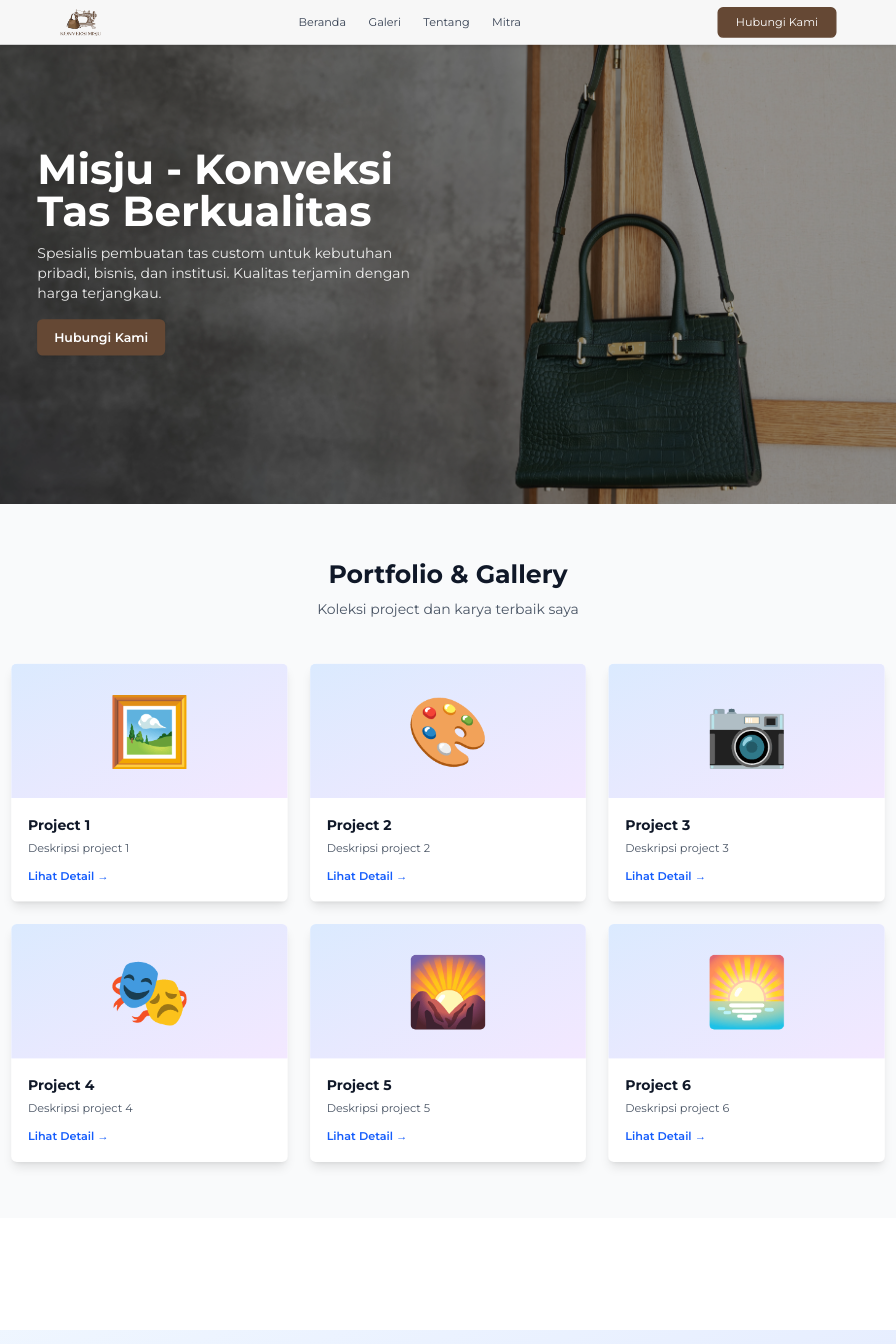
Repository: faridfirdaus-fred/konveksi_misju
Page: /
The author's editor kept a copy of each file at every save. The page is drawn from the files as they stood at one save, then again after a run of saves.
The browser window is 1280 px wide. The pictures show the part of the page from y = 0 to 1920 px (the page is 3133 px tall), at 70% of full size.
The project was rebuilt for these pictures with package versions that can differ from the ones it lists, and the page was loaded fresh each time. Also part of the build but not shown: vite.config.js.

Above is the page before, as saved 2026-01-08 20:47:03.

### index.html
<!doctype html>
<html lang="en">
  <head>
    <meta charset="UTF-8" />
    <link rel="icon" type="image/svg+xml" href="/vite.svg" />
    <meta name="viewport" content="width=device-width, initial-scale=1.0" />
    <link rel="preconnect" href="https://fonts.googleapis.com">
    <link rel="preconnect" href="https://fonts.gstatic.com" crossorigin>
    <link href="https://fonts.googleapis.com/css2?family=Montserrat:wght@300;400;500;600;700;800&display=swap" rel="stylesheet">
    <title>portfolio_misju</title>
  </head>
  <body>
    <div id="root"></div>
    <script type="module" src="/src/main.jsx"></script>
  </body>
</html>

### src/index.css
@import "tailwindcss";

@theme {
  --color-primary: #654834;
  --color-secondary: #F7F7F7;
}

### src/App.jsx
import './App.css'
import Navbar from './components/Navbar'
import Hero from './components/Hero'
import Partners from './components/Partners'
import Gallery from './components/Gallery'
import About from './components/About'
import Footer from './components/Footer'
import Hero_Bottom from './components/Hero_Bottom'

function App() {
  return (
    <div className="min-h-screen bg-gray-50">
      <Navbar />
      <Hero />
      <Gallery />
      <About />
      <Hero_Bottom />
      <Partners />
      <Footer />
    </div>
  )
}

export default App

### src/App.css
/* Custom styles for portfolio */
html {
  scroll-behavior: smooth;
}

body {
  font-family: "Montserrat", sans-serif;
  font-optical-sizing: auto;
}

### src/components/Navbar.jsx
import { useState } from 'react'
import logo from '../assets/logo.webp'

function Navbar() {
    const [isMobileMenuOpen, setIsMobileMenuOpen] = useState(false)

    const scrollToSection = (id) => {
        const element = document.getElementById(id)
        if (element) {
            element.scrollIntoView({ behavior: 'smooth' })
        }
        setIsMobileMenuOpen(false)
    }

    return (
        <nav className="fixed top-0 left-0 right-0 bg-secondary shadow-md z-50">
            <div className="w-11/12 md:11/12 mx-auto px-4 sm:px-6 lg:px-8">
                <div className="flex justify-between items-center h-16">
                    {/* Logo - Kiri */}
                    <div className="shrink-0">
                        <a href="#home" className="flex items-center">
                            <img src={logo} alt="MyPortfolio Logo" className="h-10 w-auto" />
                        </a>
                    </div>

                    {/* Navigation - Tengah (Desktop) */}
                    <div className="hidden md:flex space-x-8">
                        <button onClick={() => scrollToSection('home')} className="text-gray-700 hover:text-primary transition">
                            Beranda
                        </button>

                        <button onClick={() => scrollToSection('gallery')} className="text-gray-700 hover:text-primary transition">
                            Galeri
                        </button>
                        <button onClick={() => scrollToSection('about')} className="text-gray-700 hover:text-primary transition">
                            Tentang
                        </button>
                         <button onClick={() => scrollToSection('partners')} className="text-gray-700 hover:text-primary transition">
                            Mitra
                        </button>
                    </div>

                    {/* Contact Button - Kanan */}
                    <div className="hidden md:block">
                        <a
                            href="https://wa.me/6285318217545"
                            target="_blank"
                            rel="noopener noreferrer"
                            className="inline-block bg-primary text-white px-6 py-2 rounded-lg transition hover:bg-secondary hover:text-primary border-2 border-primary"
                        >
                            Hubungi Kami
                        </a>
                    </div>

                    {/* Mobile menu button */}
                    <div className="md:hidden">
                        <button
                            onClick={() => setIsMobileMenuOpen(!isMobileMenuOpen)}
                            className="text-gray-700 hover:text-blue-600"
                        >
                            <svg className="h-6 w-6" fill="none" viewBox="0 0 24 24" stroke="currentColor">
                                <path strokeLinecap="round" strokeLinejoin="round" strokeWidth={2} d={isMobileMenuOpen ? "M6 18L18 6M6 6l12 12" : "M4 6h16M4 12h16M4 18h16"} />
                            </svg>
                        </button>
                    </div>
                </div>
            </div>

            {/* Mobile menu */}
            {isMobileMenuOpen && (
                <div className="md:hidden bg-white border-t">
                    <div className="px-2 pt-2 pb-3 space-y-1">
                        <button onClick={() => scrollToSection('home')} className="block w-full text-left px-3 py-2 text-gray-700 hover:bg-gray-100">
                            Beranda
                        </button>
                        <button onClick={() => scrollToSection('partners')} className="block w-full text-left px-3 py-2 text-gray-700 hover:bg-gray-100">
                            Mitra
                        </button>
                        <button onClick={() => scrollToSection('gallery')} className="block w-full text-left px-3 py-2 text-gray-700 hover:bg-gray-100">
                            Galeri
                        </button>
                        <button onClick={() => scrollToSection('about')} className="block w-full text-left px-3 py-2 text-gray-700 hover:bg-gray-100">
                            Tentang
                        </button>
                        <a
                            href="https://wa.me/6285318217545"
                            target="_blank"
                            rel="noopener noreferrer"
                            className="block w-full text-center px-3 py-2 bg-blue-600 text-white hover:bg-blue-700 rounded"
                        >
                            Kontak
                        </a>
                    </div>
                </div>
            )}
        </nav>
    )
}

export default Navbar

### src/components/Hero.jsx
import hero from '../assets/hero.webp'

function Hero() {

  return (
    <section
      id="home"
      className="min-h-screen w-full flex items-center relative bg-cover bg-center bg-no-repeat"
      style={{
        backgroundImage: `url(${hero})`
      }}
    >
      {/* Overlay */}
      <div className="absolute inset-0 bg-black/40"></div>

      {/* Content */}
      <div className="relative z-10 w-11/12 mx-auto">
        <div className="w-6/12">
          <h1 className="text-4xl md:text-6xl font-bold text-white mb-4">
            Misju - Konveksi Tas Berkualitas
          </h1>
          <p className="text-lg md:text-xl text-white/90 mb-6">
            Spesialis pembuatan tas custom untuk kebutuhan pribadi, bisnis, dan institusi. Kualitas terjamin dengan harga terjangkau.
          </p>
          <div className="flex flex-wrap gap-4">
            <a
              href="https://wa.me/6285318217545"
              target="_blank"
              rel="noopener noreferrer"
              className="bg-primary text-white px-6 py-3 rounded-lg text-lg font-semibold hover:bg-secondary hover:text-primary transition shadow-lg"
            >
              Hubungi Kami
            </a>
          </div>
        </div>
        <div className='w-6/12'></div>
      </div>
    </section>
  )
}

export default Hero

### src/components/Partners.jsx
function Partners() {
  const partners = [
    { id: 1, name: 'Company 1', logo: '🏢' },
    { id: 2, name: 'Company 2', logo: '🏭' },
    { id: 3, name: 'Company 3', logo: '🏪' },
    { id: 4, name: 'Company 4', logo: '🏛️' },
    { id: 5, name: 'Company 5', logo: '🏦' },
  ]

  return (
    <section id="partners" className="py-20 px-4 bg-white">
      <div className="max-w-7xl mx-auto">
        <div className="text-center mb-16">
          <h2 className="text-4xl font-bold text-gray-900 mb-4">
            Perusahaan yang Telah Bekerja Sama
          </h2>
          <p className="text-xl text-gray-600">
            Dipercaya oleh berbagai perusahaan terkemuka
          </p>
        </div>
        <div className="grid grid-cols-2 md:grid-cols-3 lg:grid-cols-5 gap-8">
          {partners.map((partner) => (
            <div key={partner.id} className="flex flex-col items-center justify-center p-6 bg-gray-50 rounded-lg hover:shadow-lg transition">
              <div className="text-6xl mb-4">{partner.logo}</div>
              <p className="text-gray-700 font-semibold">{partner.name}</p>
            </div>
          ))}
        </div>
      </div>
    </section>
  )
}

export default Partners

### src/components/Gallery.jsx
function Gallery() {
  const galleryItems = [
    { id: 1, title: 'Project 1', image: '🖼️', description: 'Deskripsi project 1' },
    { id: 2, title: 'Project 2', image: '🎨', description: 'Deskripsi project 2' },
    { id: 3, title: 'Project 3', image: '📷', description: 'Deskripsi project 3' },
    { id: 4, title: 'Project 4', image: '🎭', description: 'Deskripsi project 4' },
    { id: 5, title: 'Project 5', image: '🌄', description: 'Deskripsi project 5' },
    { id: 6, title: 'Project 6', image: '🌅', description: 'Deskripsi project 6' },
  ]

  return (
    <section id="gallery" className="py-20 px-4 bg-gray-50">
      <div className="max-w-7xl mx-auto">
        <div className="text-center mb-16">
          <h2 className="text-4xl font-bold text-gray-900 mb-4">
            Portfolio & Gallery
          </h2>
          <p className="text-xl text-gray-600">
            Koleksi project dan karya terbaik saya
          </p>
        </div>
        <div className="grid grid-cols-1 md:grid-cols-2 lg:grid-cols-3 gap-8">
          {galleryItems.map((item) => (
            <div key={item.id} className="bg-white rounded-lg overflow-hidden shadow-lg hover:shadow-xl transition">
              <div className="h-48 bg-gradient-to-br from-blue-100 to-purple-100 flex items-center justify-center text-8xl">
                {item.image}
              </div>
              <div className="p-6">
                <h3 className="text-xl font-bold text-gray-900 mb-2">{item.title}</h3>
                <p className="text-gray-600">{item.description}</p>
                <button className="mt-4 text-blue-600 font-semibold hover:text-blue-700">
                  Lihat Detail →
                </button>
              </div>
            </div>
          ))}
        </div>
      </div>
    </section>
  )
}

export default Gallery

### src/components/About.jsx
function About() {
  return (
    <section id="about" className="py-20 px-4 bg-white ">
      <div className="max-w-7xl mx-auto">

      </div>
    </section>
  )
}

export default About

### src/components/Footer.jsx
function Footer() {
  const scrollToSection = (id) => {
    const element = document.getElementById(id)
    if (element) {
      element.scrollIntoView({ behavior: 'smooth' })
    }
  }

  return (
    <footer id="footer" className="bg-primary text-white py-12 px-4">
      <div className="max-w-7xl mx-auto">
        <div className="grid grid-cols-1 md:grid-cols-3 gap-8 mb-8">
          {/* About */}
          <div>
            <h3 className="text-2xl font-bold mb-4">MyPortfolio</h3>
            <p className="text-gray-400">
              Menciptakan solusi digital yang inovatif dan berkualitas untuk kesuksesan bisnis Anda
            </p>
          </div>

          {/* Quick Links */}
          <div>
            <h3 className="text-xl font-bold mb-4">Quick Links</h3>
            <ul className="space-y-2">
              <li>
                <button onClick={() => scrollToSection('home')} className="text-gray-400 hover:text-white transition">
                  Home
                </button>
              </li>
              <li>
                <button onClick={() => scrollToSection('partners')} className="text-gray-400 hover:text-white transition">
                  Partners
                </button>
              </li>
              <li>
                <button onClick={() => scrollToSection('gallery')} className="text-gray-400 hover:text-white transition">
                  Gallery
                </button>
              </li>
              <li>
                <button onClick={() => scrollToSection('about')} className="text-gray-400 hover:text-white transition">
                  About
                </button>
              </li>
            </ul>
          </div>

          {/* Contact */}
          <div>
            <h3 className="text-xl font-bold mb-4">Contact</h3>
            <ul className="space-y-2 text-gray-400">
              <li>📧 email@example.com</li>
              <li>📱 +62 123 4567 8900</li>
              <li>📍 Jakarta, Indonesia</li>
            </ul>
            <div className="flex gap-4 mt-4">
              <a href="#" className="text-2xl hover:text-blue-400 transition">🔗</a>
              <a href="#" className="text-2xl hover:text-blue-400 transition">💼</a>
              <a href="#" className="text-2xl hover:text-blue-400 transition">📸</a>
            </div>
          </div>
        </div>

        <div className="border-t border-gray-800 pt-8 text-center text-gray-400">
          <p>&copy; 2026 MyPortfolio. All rights reserved.</p>
        </div>
      </div>
    </footer>
  )
}

export default Footer

### src/components/Hero_Bottom.jsx
function Hero_Bottom() {
  const scrollToSection = (id) => {
    const element = document.getElementById(id)
    if (element) {
      element.scrollIntoView({ behavior: 'smooth' })
    }
  }

  return (
    <section id="home" className="pt-24 pb-20 px-4 bg-gradient-to-br from-blue-50 to-indigo-100">
      <div className="max-w-7xl mx-auto">
        <div className="text-center">
          <h1 className="text-5xl md:text-6xl font-bold text-gray-900 mb-6">
            Selamat Datang di Portfolio Saya
          </h1>
          <p className="text-xl md:text-2xl text-gray-600 mb-8 max-w-3xl mx-auto">
            Saya adalah seorang profesional yang berpengalaman dalam menciptakan solusi digital yang inovatif dan berkualitas tinggi
          </p>
          <div className="flex justify-center gap-4">
            <button onClick={() => scrollToSection('gallery')} className="bg-blue-600 text-white px-8 py-3 rounded-lg text-lg font-semibold hover:bg-blue-700 transition">
              Lihat Portfolio
            </button>
            <button onClick={() => scrollToSection('footer')} className="bg-white text-blue-600 px-8 py-3 rounded-lg text-lg font-semibold border-2 border-blue-600 hover:bg-blue-50 transition">
              Hubungi Saya
            </button>
          </div>
        </div>
      </div>
    </section>
  )
}

export default Hero_Bottom

Loaded but not shown: src/main.jsx (common file)

After the next 3 saves:
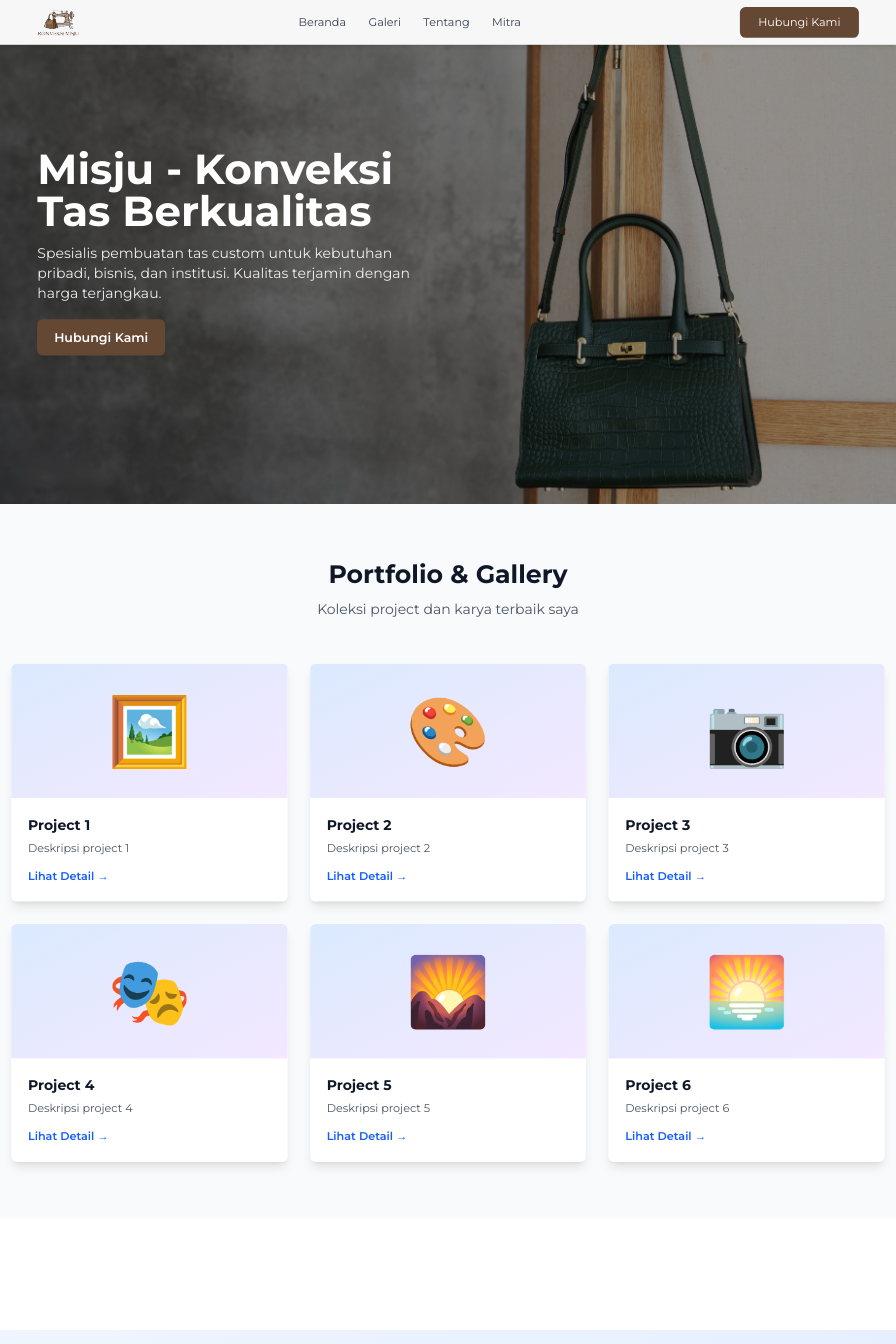
The 3 saves are shown as one change because they came seconds apart.
The last was saved 34 s later.
--- a/src/components/Navbar.jsx
+++ b/src/components/Navbar.jsx
@@ -14,7 +14,7 @@
 
     return (
         <nav className="fixed top-0 left-0 right-0 bg-secondary shadow-md z-50">
-            <div className="w-11/12 md:11/12 mx-auto px-4 sm:px-6 lg:px-8">
+            <div className="w-11/12 md:11/12 mx-auto">
                 <div className="flex justify-between items-center h-16">
                     {/* Logo - Kiri */}
                     <div className="shrink-0">
